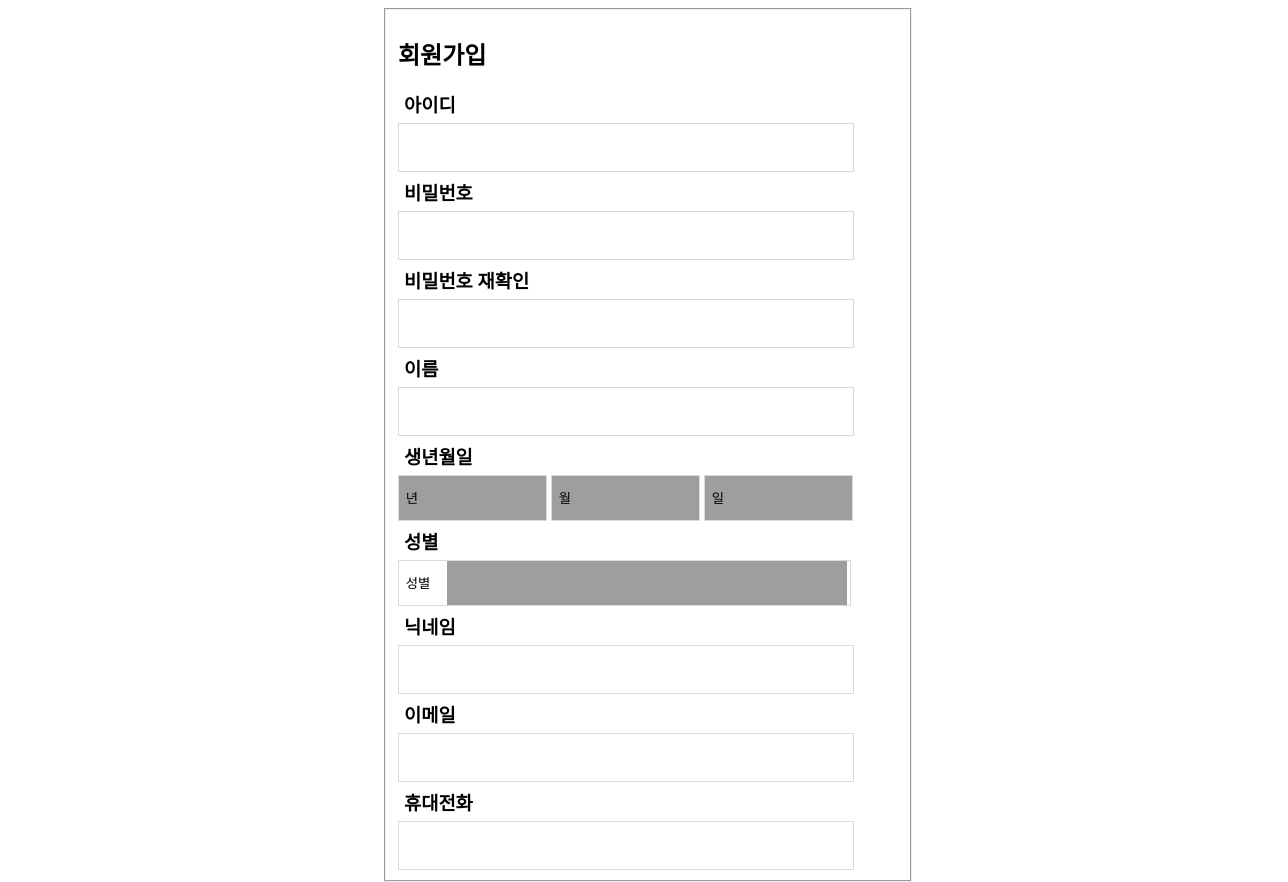
Repository: agheha/trillion
Page: YH/login/login.html
These files come from the project's save history. The page is drawn as it stood at one moment and after the next save; the edit follows.
The browser window is 1280 px wide. The page is 1288 px wide, so the pictures cover 1288 px, including what lies to the right of the window. The pictures show the whole page.
Pictures or frames that could not be fetched are drawn as grey boxes.

Above is the page before, as saved 2019-09-03 18:53:29.

### YH/login/login.html
<!DOCTYPE html>
<html lang="en">
<head>
    <meta charset="UTF-8">
    <meta name="viewport" content="width=device-width, initial-scale=1.0">
    <meta http-equiv="X-UA-Compatible" content="ie=edge">
    <title>Document</title>
    <link rel="stylesheet" href="login.css">
</head>
<body>
    <form>
        <fieldset>
            <h2>회원가입</h2>
                <h3>아이디</h3>
                <div><input class="user_id" type="text" name="msg"></div>
                <h3>비밀번호</h3>
                <div><input type="password" name="pass"></div>
                <h3>비밀번호 재확인</h3>
                <div><input type="password" name="pass"></div>
                <h3>이름</h3>
                <div><input type="text" name="name"></div>
                <h3>생년월일</h3>
                <div>
                    <select id="birth_year" name="year">
                        <option value="1">서울</option>
                        <option value="2">대구</option>
                        <option value="0" selected>년</option>
                    </select>
                    <select id="birth_month" name="month">
                        <option value="1">서울</option>
                        <option value="2">대구</option>
                        <option value="0" selected>월</option>
                    </select>
                    <select id="birth_date" name="date">
                        <option value="1">서울</option>
                        <option value="2">대구</option>
                        <option value="0" selected>일</option>
                    </select>
                </div>
                <h3>성별</h3>
                <div>
                     <select id="gender" name="gender">
                        <option value="1">남자</option>
                        <option value="2">여자</option>
                        <option value="0" selected>성별</option>
                    </select>
                </div>
                <h3>닉네임</h3>
                <div><input type="password" name="nicname"></div>
                <h3>이메일</h3>
                <div></div><input type="email" name="email" required></div>
                <h3>휴대전화</h3>
                <div></div><input type="text" name="phnum"></div>
        </fieldset>
    </form>
</body>
</html>

### YH/login/login.css
body,html {
    width : 100%;
    height: 100%;
}
input{
    width: 450px;
    height: 45px;
    border: 1px solid #dadada;
    font-size: 15px;
}

#gender{
    width: 453px;
    height: 46px;
    border: 1px solid #dadada;
    padding: .8em .5em;
    font-family: inherit;
    background: url('arrow.jpg') no-repeat 95% 50%;
    border-radius: 0px;
    -webkit-appearance: none;
    -moz-appearance: none;
    appearance: none;
}
#birth_year,#birth_month,#birth_date {
    width: 149px;
    height: 46px;
    border: 1px solid #dadada;
    padding: .8em .5em;
    font-family: inherit;
    background: #FFF url(https://static.nid.naver.com/images/join/pc/sel_arr_2x.gif) 100% 50% no-repeat;
    border-radius: 0px;
    -webkit-appearance: none;
    -moz-appearance: none;
    appearance: none;

}
h3 {
    margin : 6px;
}
fieldset {
    width: 500px;
    margin : 0 auto;
}

After the next save:
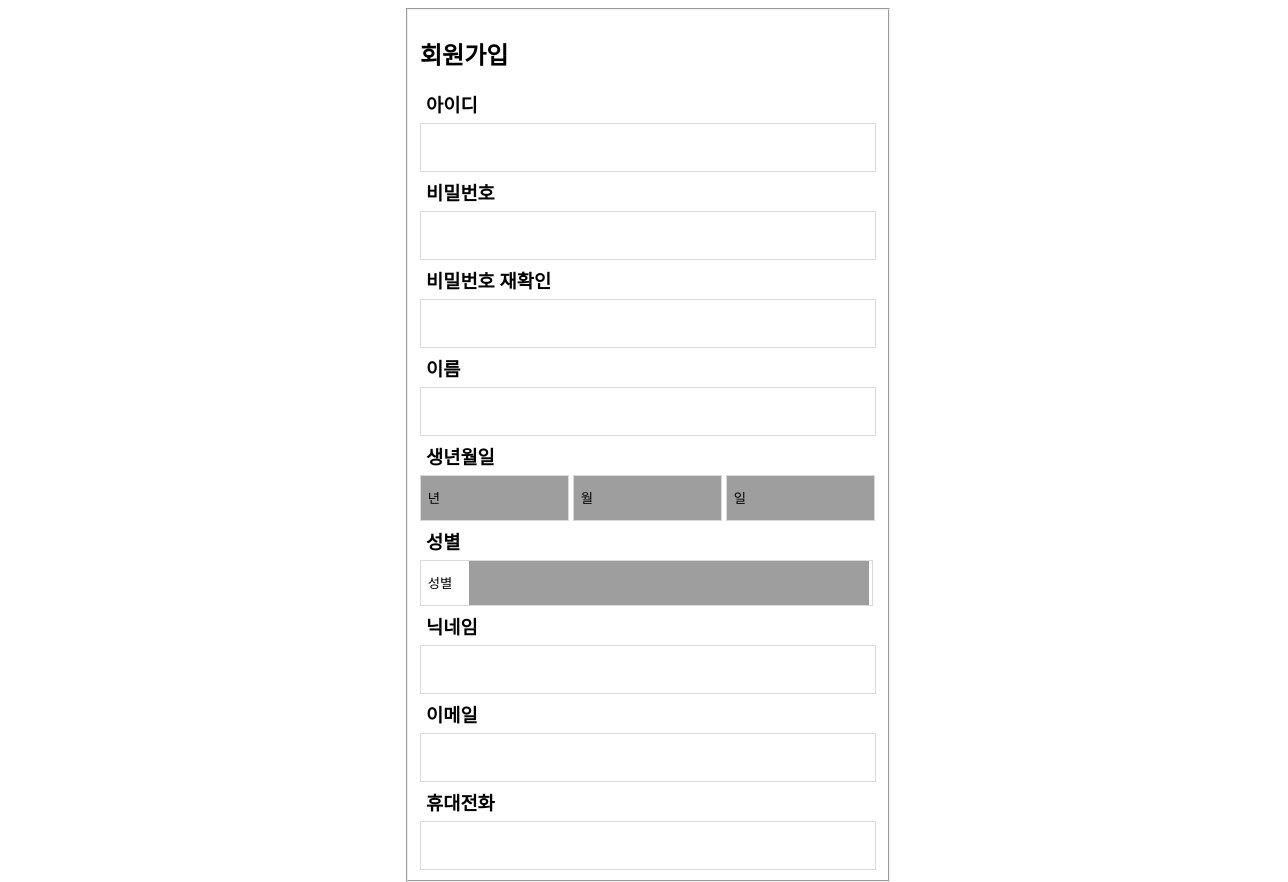
Saved 10 s later.
--- a/YH/login/login.css
+++ b/YH/login/login.css
@@ -38,6 +38,6 @@
     margin : 6px;
 }
 fieldset {
-    width: 500px;
+    width: 400px;
     margin : 0 auto;
 }

After the 2 saves that followed:
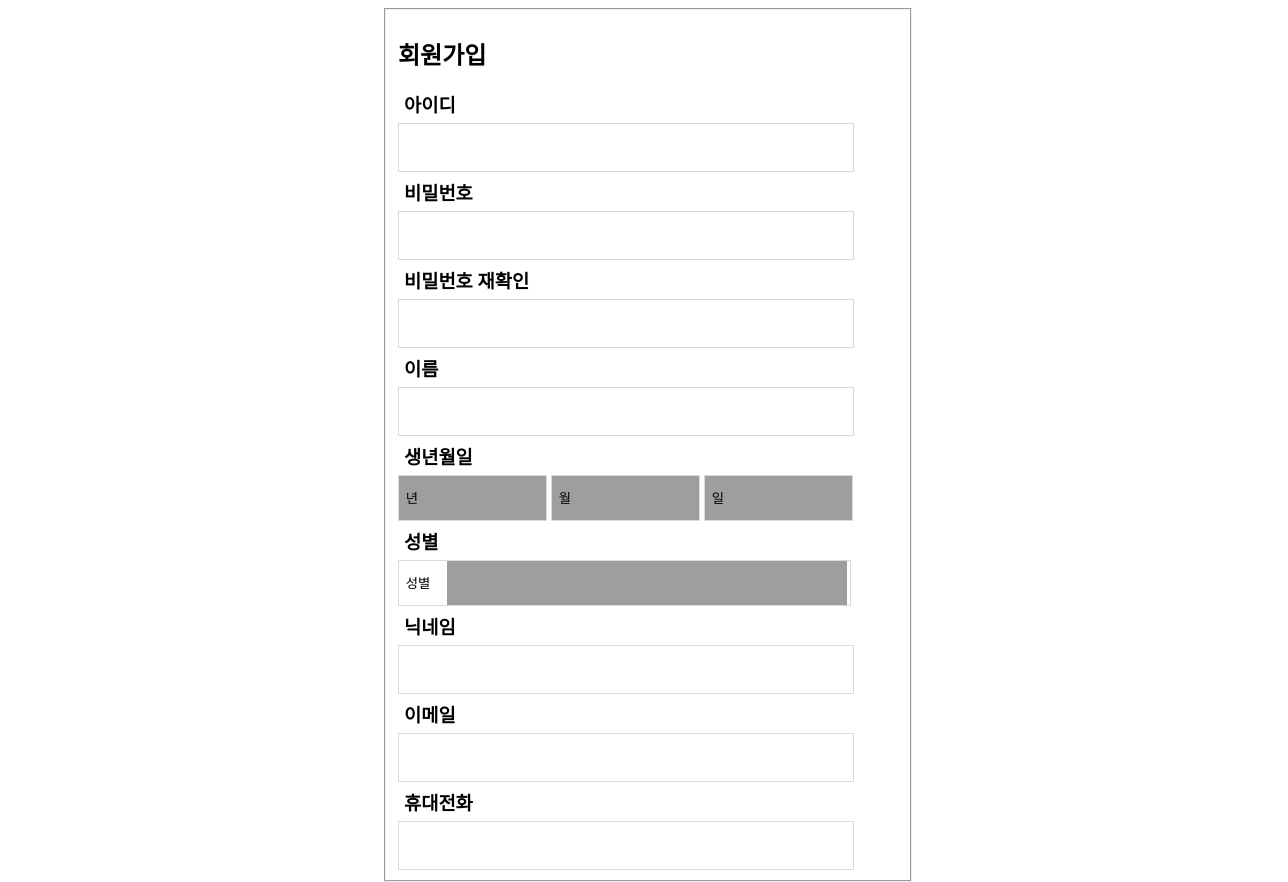
The 2 saves are shown as one change because 1 left the picture as it was.
The last was saved 15 s later.
--- a/YH/login/login.css
+++ b/YH/login/login.css
@@ -38,6 +38,6 @@
     margin : 6px;
 }
 fieldset {
-    width: 400px;
+    width: 500px;
     margin : 0 auto;
 }
